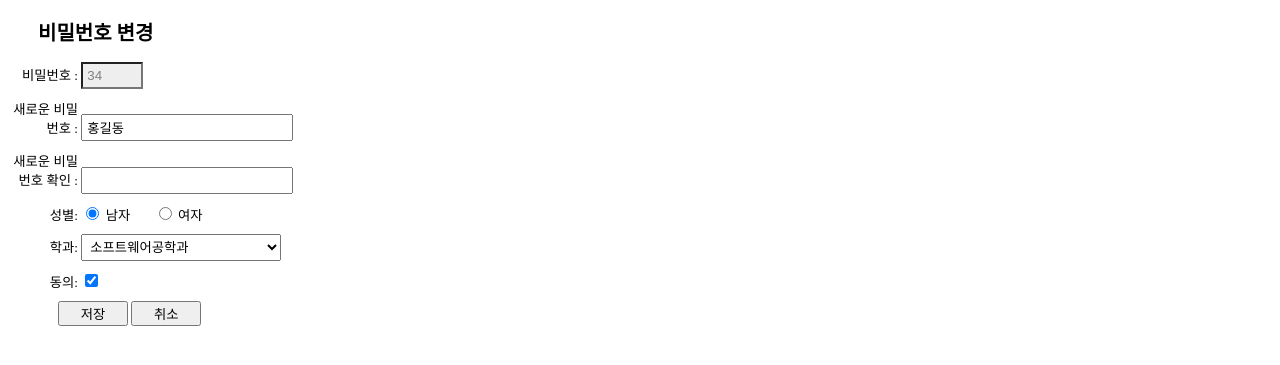
Repository: 5anniversary/JSPhw
Page: html1/WebContent/02practice/pwchange.html
An editor plug-in stored every save of this project. The page is shown before and after the next save, followed by the edit.
The browser window is 1280 px wide. The pictures show the whole page.

Above is the page before, as saved 2020-04-11 09:57:13.

After the next save:
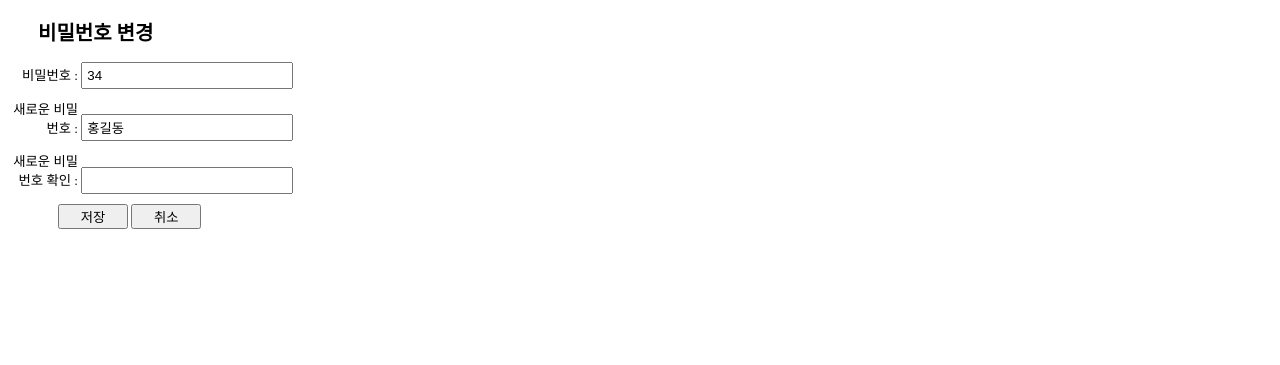
Saved 100 s later.
--- a/html1/WebContent/02practice/pwchange.html
+++ b/html1/WebContent/02practice/pwchange.html
@@ -9,8 +9,6 @@ div { margin-bottom: 10px; }
 label:first-child {	display: inline-block; width: 70px; text-align: right; }
 label:not(:first-child ) { display: inline-block; margin-right: 20px; }
 input[type=text], select {padding: 4px;width: 200px;}
-input[readonly] {background-color: #eee;color: gray;width: 50px}
-input[type=text]:focus {background-color: #efe;}
 input[type=submit] {margin-left: 50px;width: 70px;}
 input[type=reset] {	width: 70px; }
 </style>
@@ -19,7 +17,7 @@ input[type=reset] {	width: 70px; }
 	<form method="post">
 		<h2>비밀번호 변경</h2>
 		<div>
-			<label>비밀번호 :</label> <input type="text" name="no" readonly value="34" />
+			<label>비밀번호 :</label> <input type="text" name="no" value="34" />
 		</div>
 		<div>
 			<label>새로운 비밀번호 :</label> <input type="text" name="username" value="홍길동" />
@@ -28,23 +26,6 @@ input[type=reset] {	width: 70px; }
 			<label>새로운 비밀번호 확인 :</label> <input type="text" name="email" />
 		</div>
 		<div>
-			<label>성별:</label> <input id="r1" type="radio" name="sex"
-				value="male" checked /> <label for="r1">남자</label> <input id="r2"
-				type="radio" name="sex" value="female" /> <label for="r2">여자</label>
-		</div>
-		<div>
-			<label>학과:</label> <select name="department">
-				<option value="sw">소프트웨어공학과</option>
-				<option value="ce">컴퓨터공학과</option>
-				<option value="ic">정보통신공학과</option>
-				<option value="gi">글로컬IT공학과</option>
-			</select>
-		</div>
-		<div>
-			<label for="c1">동의:</label> <input id="c1" type="checkbox"
-				name="check" checked />
-		</div>
-		<div>
 			<input type="submit" value="저장" /> <input type="reset" value="취소" />
 		</div>
 	</form>
